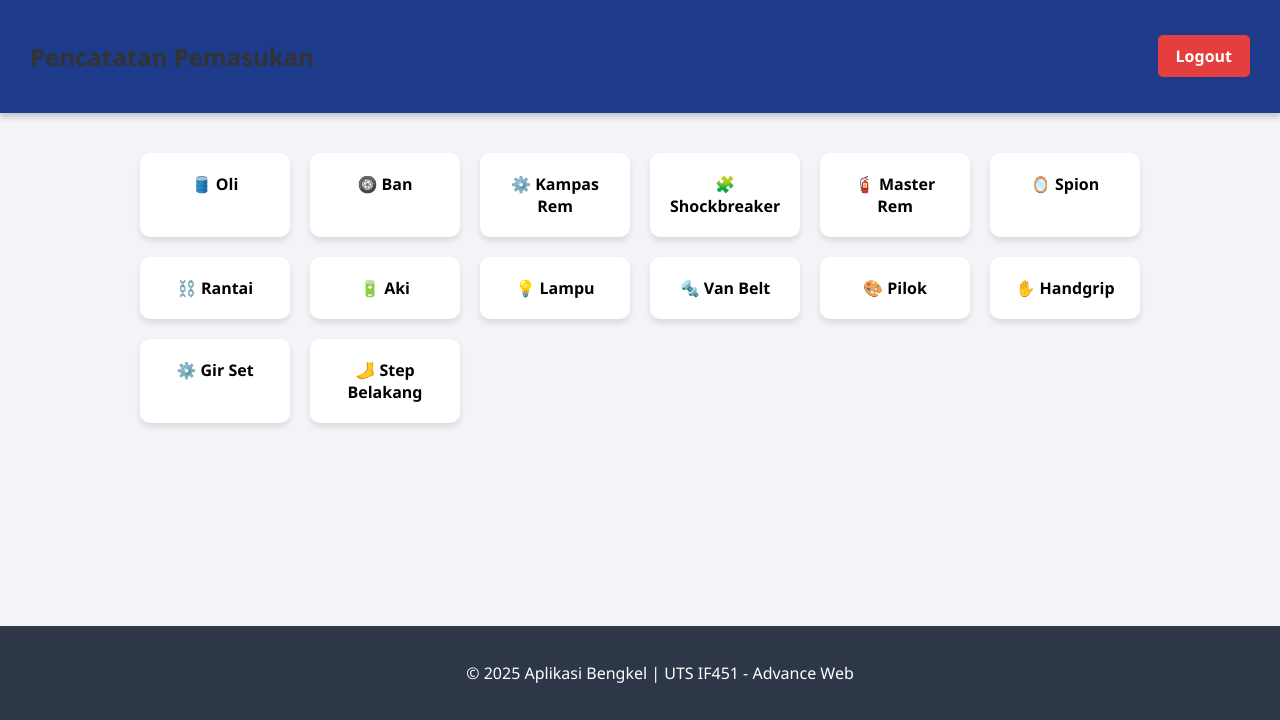
Repository: eligrahphilip/bengkel_managemen
Page: views/admin-income.ejs
These files come from the project's save history. The page is drawn as it stood at one moment and after the next save; the edit follows.
The browser window is 1280 px wide. The pictures show the whole page.
The page is served by the project's Node server (server.js). The template is opened directly, without the code that normally fills it, so the values that code supplies are empty.

Above is the page before, as saved 2025-10-10 19:48:59.

After the next save:
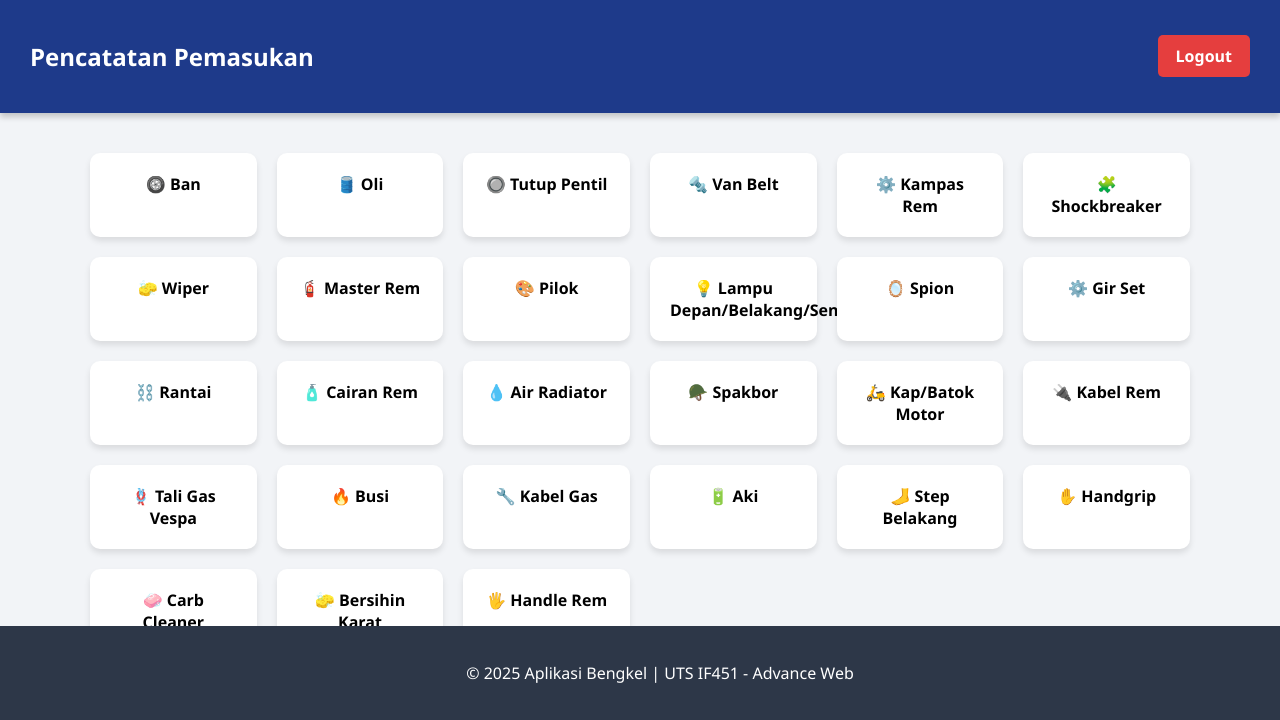
Saved 4 min 55 s later.
--- a/views/admin-income.ejs
+++ b/views/admin-income.ejs
@@ -1,16 +1,14 @@
 <!DOCTYPE html>
 <html lang="id">
 <head>
-  <meta charset="UTF-8">
-  <meta name="viewport" content="width=device-width, initial-scale=1.0">
+  <meta charset="UTF-8" />
+  <meta name="viewport" content="width=device-width, initial-scale=1.0" />
   <title>Pemasukan - Bengkel</title>
-  <link rel="stylesheet" href="/css/style.css">
   <style>
     body {
       font-family: "Segoe UI", Tahoma, Geneva, Verdana, sans-serif;
       background-color: #f2f4f7;
       margin: 0;
-      padding: 0;
     }
 
     header {
@@ -42,7 +40,7 @@
       grid-template-columns: repeat(auto-fit, minmax(150px, 1fr));
       gap: 20px;
       padding: 40px;
-      max-width: 1000px;
+      max-width: 1100px;
       margin: 0 auto;
     }
 
@@ -73,7 +71,7 @@
       width: 100%;
     }
 
-    /* === Modal === */
+    /* Modal */
     .modal {
       display: none;
       position: fixed;
@@ -138,20 +136,34 @@
   </header>
 
   <div class="grid-container" id="barangGrid">
+    <!-- Semua daftar barang -->
+    <div class="card" data-barang="Ban">🛞 Ban</div>
     <div class="card" data-barang="Oli">🛢️ Oli</div>
-    <div class="card" data-barang="Ban">🛞 Ban</div>
+    <div class="card" data-barang="Tutup Pentil">🔘 Tutup Pentil</div>
+    <div class="card" data-barang="Van Belt">🔩 Van Belt</div>
     <div class="card" data-barang="Kampas Rem">⚙️ Kampas Rem</div>
     <div class="card" data-barang="Shockbreaker">🧩 Shockbreaker</div>
+    <div class="card" data-barang="Wiper">🧽 Wiper</div>
     <div class="card" data-barang="Master Rem">🧯 Master Rem</div>
+    <div class="card" data-barang="Pilok">🎨 Pilok</div>
+    <div class="card" data-barang="Lampu">💡 Lampu Depan/Belakang/Sen</div>
     <div class="card" data-barang="Spion">🪞 Spion</div>
+    <div class="card" data-barang="Gir Set">⚙️ Gir Set</div>
     <div class="card" data-barang="Rantai">⛓️ Rantai</div>
+    <div class="card" data-barang="Cairan Rem">🧴 Cairan Rem</div>
+    <div class="card" data-barang="Air Radiator">💧 Air Radiator</div>
+    <div class="card" data-barang="Spakbor">🪖 Spakbor</div>
+    <div class="card" data-barang="Kap Motor">🛵 Kap/Batok Motor</div>
+    <div class="card" data-barang="Kabel Rem">🔌 Kabel Rem</div>
+    <div class="card" data-barang="Tali Gas Vespa">🪢 Tali Gas Vespa</div>
+    <div class="card" data-barang="Busi">🔥 Busi</div>
+    <div class="card" data-barang="Kabel Gas">🔧 Kabel Gas</div>
     <div class="card" data-barang="Aki">🔋 Aki</div>
-    <div class="card" data-barang="Lampu">💡 Lampu</div>
-    <div class="card" data-barang="Van Belt">🔩 Van Belt</div>
-    <div class="card" data-barang="Pilok">🎨 Pilok</div>
+    <div class="card" data-barang="Step Belakang">🦶 Step Belakang</div>
     <div class="card" data-barang="Handgrip">✋ Handgrip</div>
-    <div class="card" data-barang="Gir Set">⚙️ Gir Set</div>
-    <div class="card" data-barang="Step Belakang">🦶 Step Belakang</div>
+    <div class="card" data-barang="Carb Cleaner">🧼 Carb Cleaner</div>
+    <div class="card" data-barang="Bersihin Karat">🧽 Bersihin Karat</div>
+    <div class="card" data-barang="Handle Rem">🖐️ Handle Rem</div>
   </div>
 
   <!-- Modal -->
@@ -191,7 +203,6 @@
     const barangInput = document.getElementById("barangInput");
     const detailFields = document.getElementById("detailFields");
 
-    // Klik kartu barang
     cards.forEach(card => {
       card.addEventListener("click", () => {
         const barang = card.dataset.barang;
@@ -199,7 +210,7 @@
         modalTitle.textContent = "Tambah " + barang;
         detailFields.innerHTML = "";
 
-        // Kalau Oli, tambahkan pilihan merek dan ukuran
+        // Kalau Oli, ada pilihan merek/tipe/ukuran
         if (barang === "Oli") {
           detailFields.innerHTML = `
             <label>Merek:</label>
@@ -233,15 +244,8 @@
       });
     });
 
-    // Tutup modal
-    closeModal.addEventListener("click", () => {
-      modal.style.display = "none";
-    });
-
-    // Tutup kalau klik di luar modal
-    window.addEventListener("click", e => {
-      if (e.target === modal) modal.style.display = "none";
-    });
+    closeModal.addEventListener("click", () => modal.style.display = "none");
+    window.addEventListener("click", e => { if (e.target === modal) modal.style.display = "none"; });
   </script>
 </body>
 </html>
